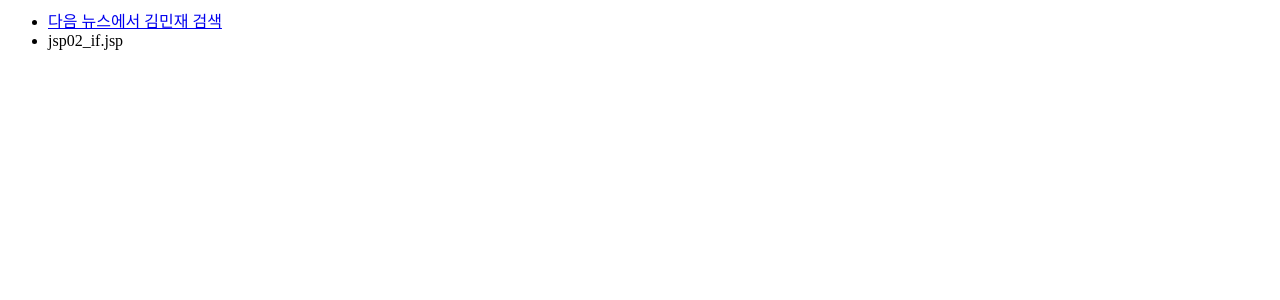
Repository: yeobleeme/06_jsp_basic
Page: http://localhost/jsp01_basic/jsp11_jstl/jsp06_url.jsp
The author's editor kept a copy of each file at every save. The page is drawn from the files as they stood at one save, then again after the next save.
The browser window is 1280 px wide. The pictures show the whole page.
The page is served by Tomcat 9. Other server files are loaded and not shown.

Above is the page before, as saved 2023-05-15 03:38:49.

### jsp01_basic/WebContent/jsp11_jstl/jsp06_url.jsp
<%@page language="java" contentType="text/html; charset=UTF-8" pageEncoding="UTF-8"%>
<%@taglib prefix="c" uri="http://java.sun.com/jsp/jstl/core"%>

<!--
	url 관련 태그는 url 생성과 redirect 기능을 제공한다.
-->
<!-- https://www.google.com/search?q=varStatus&oq=varStatus&aqs=chrome..69i57j0i512l9.919j0j7&sourceid=chrome&ie=UTF-8 -->

<!-- https://search.daum.net/search?w=news&q=%EA%B9%80%EB%AF%BC%EC%9E%AC -->
<c:url var="search" value="https://search.daum.net/search">
	<c:param name="w" value="news"></c:param>
	<c:param name="q" value="%EA%B9%80%EB%AF%BC%EC%9E%AC" />
</c:url>

<ul>
	<li><a href="${ search }">다음 뉴스에서 김민재 검색</a></li>
	<li><c:url value="jsp02_if.jsp"/></li>
</ul>

After the next save:
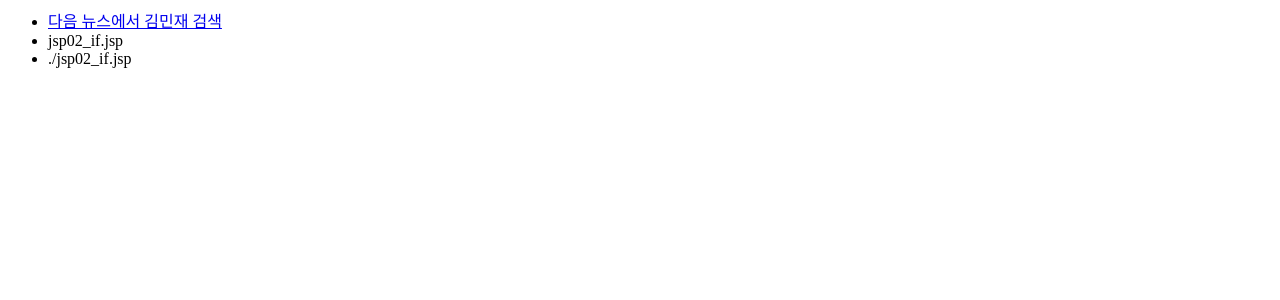
Saved 4 s later.
--- a/jsp01_basic/WebContent/jsp11_jstl/jsp06_url.jsp
+++ b/jsp01_basic/WebContent/jsp11_jstl/jsp06_url.jsp
@@ -15,4 +15,5 @@
 <ul>
 	<li><a href="${ search }">다음 뉴스에서 김민재 검색</a></li>
 	<li><c:url value="jsp02_if.jsp"/></li>
+	<li><c:url value="./jsp02_if.jsp"/></li>
 </ul>
